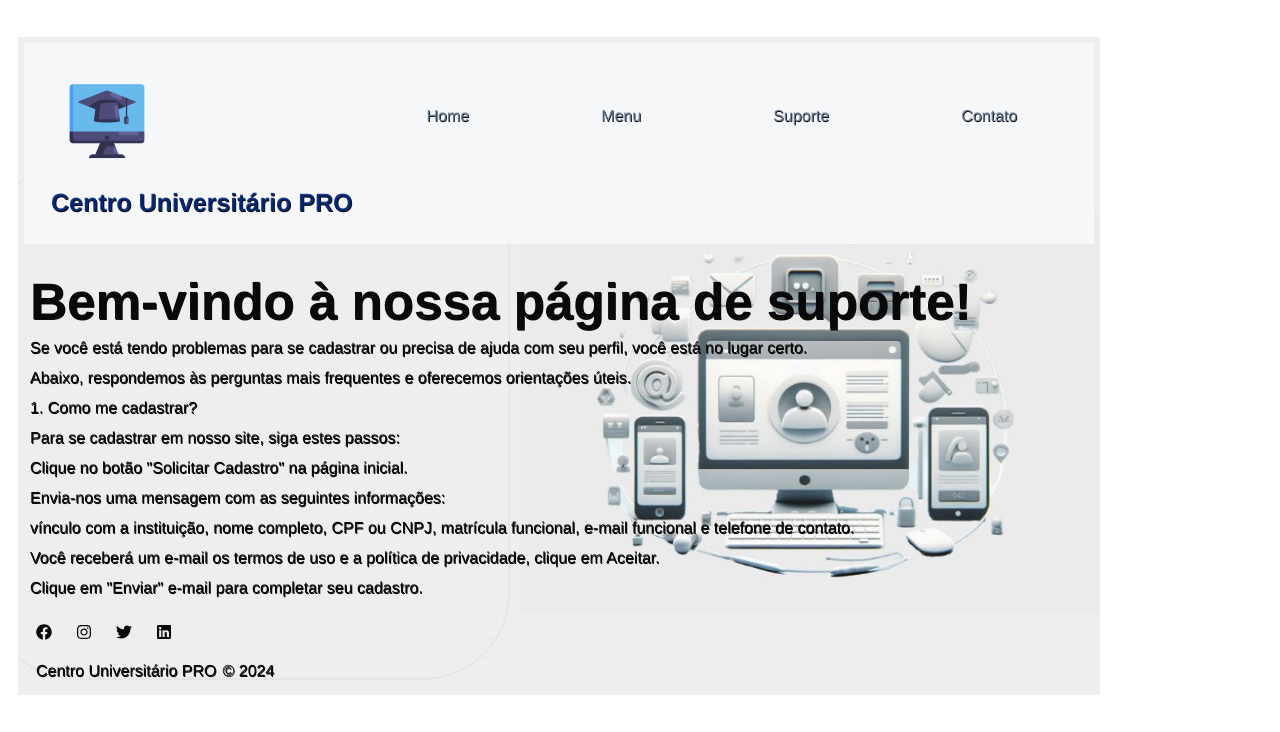
Repository: DanuziaRA/Cadastros-de-Usuarios
Page: /suporte
The author's editor kept a copy of each file at every save. The page is drawn from the files as they stood at one save, then again after a run of saves.
The browser window is 1280 px wide. The pictures show the whole page.
The project was rebuilt for these pictures with package versions that can differ from the ones it lists, and the page was loaded fresh each time. Also part of the build but not shown: vite.config.js, src/components/Footer.css, src/router/Contact.jsx, src/router/ErrorPage.jsx, src/router/ContactDetails.jsx, src/router/Login.css, src/router/Login.jsx, src/router/Menu.jsx and 9 more.

Above is the page before, as saved 2024-10-02 16:30:34.

### src/main.jsx
import { StrictMode } from 'react'
import { createRoot } from 'react-dom/client'
import App from './App.jsx'
import './index.css'

import {createBrowserRouter, RouterProvider,Navigate} from 'react-router-dom';

  import Contact from './router/Contact.jsx';
  import ErrorPage from './router/ErrorPage.jsx';
  import ContactDetails from './router/ContactDetails.jsx';
  import Login from './router/Login.jsx';
  import Menu from './router/Menu.jsx';
  import Suporte from './router/Suporte.jsx';
  import Forget from './router/Forget.jsx';
  import Atualizar from './router/Atualizar.jsx';
  import Excluir from './router/Excluir.jsx';
  import Cadastro from './router/Cadastro.jsx';
  import Cadastropj from './router/Cadastropj.jsx';
  import Cadastroprof from './router/Cadastroprof.jsx';
  import Cadastroforn from './router/Cadastroforn.jsx';
  import Cadastroaluno from './router/Cadastroaluno.jsx';


  const router = createBrowserRouter([
        {
      path: "/",
      element: <App/>,
      errorElement: <ErrorPage />,
      children: [
        {
          path: "/",
          element:<Login />,
        },
        {
          path: "suporte",
          element:<Suporte />,
        },
        {
          path: "menu",
          element:<Menu />,
        },
        {
          path: "contact",
          element:<Contact />,
        },
        //Nested routes - identificando unico
        {
          path: "/contact/id",
          element: <ContactDetails />,
        },
        {
          path: "forget",
          element: <Forget />,
        },
        {
          path: "atualizar",
          element: <Atualizar />,
        },
        {
          path: "excluir",
          element: <Excluir />,
        },
        {
          path: "cadastropf",
          element: <Cadastro />,
        },
        {
          path: "cadastropj",
          element: <Cadastropj />,
        },
        {
          path: "cadastroprof",
          element: <Cadastroprof />,
        },
        {
          path: "cadastroforn",
          element: <Cadastroforn />,
        },
        {
          path: "cadastroaluno",
          element: <Cadastroaluno />,
        },
        //Navigate para página não existentes
        {
          path: "oldcontact",
          element: <Navigate to="/contact" />,
        },
      ],
    },
    ]);


createRoot(document.getElementById('root')).render(
  <StrictMode>
    <RouterProvider router={router} />
    </StrictMode>,
);

### src/App.jsx
import './App.css'

import { Outlet } from 'react-router-dom';
import Navbar from './components/Navbar';
import Footer from './components/Footer'


function App() {
  return (
      <div className='App'>
        <Navbar />
        <h1></h1>
        <Outlet />
        <Footer />
    </div>
  );
}

export default App;

### src/router/Suporte.jsx
import React from 'react'

function Suporte() {
  return (
    <div>
        <h1>Bem-vindo à nossa página de suporte!</h1>
        <p>Se você está tendo problemas para se cadastrar ou precisa de ajuda com seu perfil, você está no lugar certo.</p>
        <p>Abaixo, respondemos às perguntas mais frequentes e oferecemos orientações úteis.</p>

        <div></div>
        <p>1. Como me cadastrar?</p>
        <p>Para se cadastrar em nosso site, siga estes passos:</p>

<p>Clique no botão "Solicitar Cadastro" na página inicial.</p>
<p>Envia-nos uma mensagem com as seguintes informações:</p>
<p>vínculo com a instituição, nome completo, CPF ou CNPJ, matrícula funcional, e-mail funcional e telefone de contato.</p>
<p>Você receberá um e-mail os termos de uso e a política de privacidade, clique em Aceitar.</p>
<p>Clique em "Enviar" e-mail para completar seu cadastro.</p>


    </div>
  )
}

export default Suporte

### src/App.css
* {
  box-sizing: border-box;
  margin: 6px;
  padding: 0px;
  font-family: Helvetica;
  font-size: 16px;
  text-shadow: #0d0d0d 0.7px 0.7px;
  color:rgb(9, 9, 9)
}
.App{
  display: flex;
  flex-direction: column;
  flex-grow: 1;
  justify-content: center;
  align-items: left;
  background-size: cover;
  background-image: url("src/assets/Fundo minimalista cadastro 4.jpg");
  background-position: center;
  }

### src/components/Navbar.jsx
import { Link } from "react-router-dom"
import logo from './../assets/LOGO novo.png'
import { Component } from "react";
import './Navbar.css';


const Navbar = () => {
    return (
    <nav className="navbar">
        <div className="navbar-logo">
        <Link to="/">
            <img src={logo} alt=""/>
            </Link>
            <h1>Centro Universitário PRO</h1>
            </div>
            <ul className="navbar-links">
            <li><a href="/">Home</a></li>
            <li><a href="/Menu">Menu</a></li>
            <li><a href="/Suporte">Suporte</a></li>
            <li><a href= "/Contact">Contato</a></li>
            </ul>
    </nav>
    )
}

export default Navbar

### src/components/Footer.jsx
import { FaFacebook, FaInstagram,FaTwitter,FaLinkedin } from "react-icons/fa"
import { Link } from "react-router-dom";
import './Footer.css';

function Footer(){
    return (
        <nav>
            <Link to="https://www.facebook.com/?locale=pt_BR">
            < FaFacebook alt=""/>
            </Link>
            <Link to="https://www.instagram.com/">
            < FaInstagram alt=""/>
            </Link>
            <Link to="/">
            < FaTwitter alt=""/>
            </Link>
            <Link to="https://www.linkedin.com.br">
            < FaLinkedin alt=""/>
            </Link>
            <p><span>Centro Universitário PRO</span>&copy; 2024</p>
            </nav>


    );

}
export default Footer

### src/router/Menu.css
nav li{
    width: 30%;
    height: 70%;
    outline: none;
    font-size: 16px;
    color: #070000;
    padding: 10px 20px;
    margin: 30px;
    }
nav li a{
    color: #7a7a7a;
    font-size: 16px;
    text-decoration: none;

}

### src/components/Navbar.css
.navbar{
    display: flex;
    justify-content: space-between;
    padding: 15px;
    align-items: left;
    background-color:rgb(245, 247, 249)

}
.navbar-logo h1{
    color: #06297ae1;
    font-size: 25px;
    align-items: center;


}
.navbar-links {
list-style-type: none;
display: flex;
gap: 20px;
align-items: left;

}
.navbar li{
    display: inline;
    }
.navbar-links li a {
    color: #67789ee1;
    text-decoration: none;
}
.navbar-links li a:hover{
    color:#ddd;
}

Loaded but not shown: index.html (common file); src/index.css (common file)

After the next 3 saves:
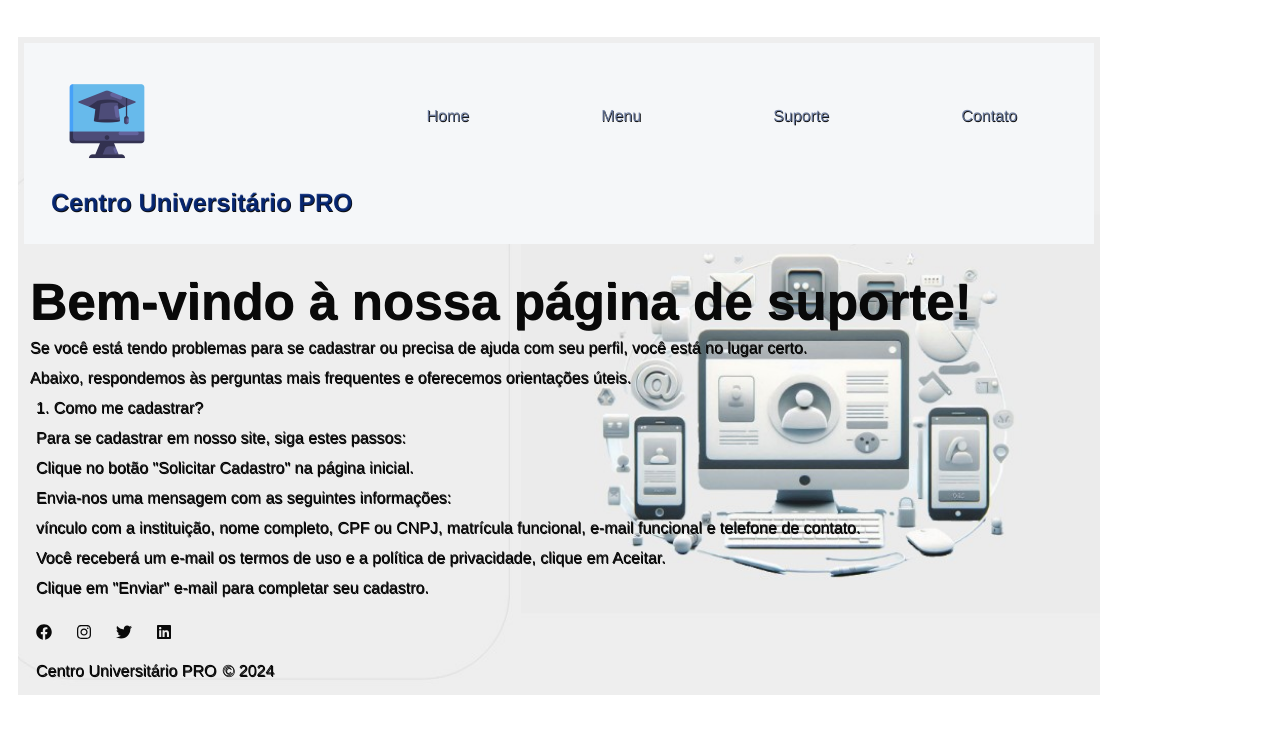
The 3 saves are shown as one change because 1 did not build or start and some came seconds apart.
The last was saved 17 s later.
--- a/src/router/Suporte.jsx
+++ b/src/router/Suporte.jsx
@@ -7,7 +7,7 @@ function Suporte() {
         <p>Se você está tendo problemas para se cadastrar ou precisa de ajuda com seu perfil, você está no lugar certo.</p>
         <p>Abaixo, respondemos às perguntas mais frequentes e oferecemos orientações úteis.</p>
 
-        <div></div>
+        <div>
         <p>1. Como me cadastrar?</p>
         <p>Para se cadastrar em nosso site, siga estes passos:</p>
 
@@ -16,6 +16,7 @@ function Suporte() {
 <p>vínculo com a instituição, nome completo, CPF ou CNPJ, matrícula funcional, e-mail funcional e telefone de contato.</p>
 <p>Você receberá um e-mail os termos de uso e a política de privacidade, clique em Aceitar.</p>
 <p>Clique em "Enviar" e-mail para completar seu cadastro.</p>
+</div>
 
 
     </div>
